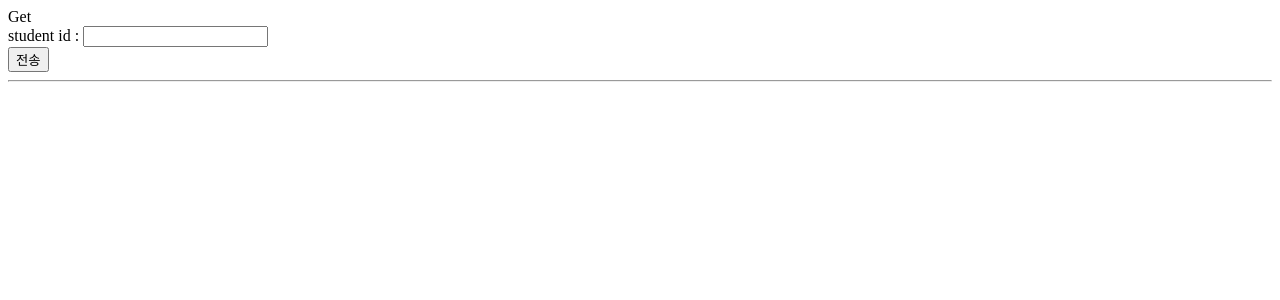
Repository: chanhooop/Spring
Page: http://localhost/Spring0501/index
The author's editor kept a copy of each file at every save. The page is drawn from the files as they stood at one save, then again after the next save.
The browser window is 1280 px wide. The pictures show the whole page.
The page is served by Tomcat 9. Other server files are loaded and not shown.

Above is the page before, as saved 2021-06-30 02:25:07.

### Spring0501/src/main/webapp/WEB-INF/views/index.jsp
<%@ page language="java" contentType="text/html; charset=EUC-KR"
    pageEncoding="EUC-KR"%>
<!DOCTYPE html>
<html>
<head>
<meta charset="EUC-KR">
<title>Insert title here</title>
</head>
<body>

	Get<br>
	<form action = "student" method="get">

		student id : <input type="text" name="id"><br>
		<input type="submit" value="전송">
	</form>

<hr>

</body>
</html>

After the next save:
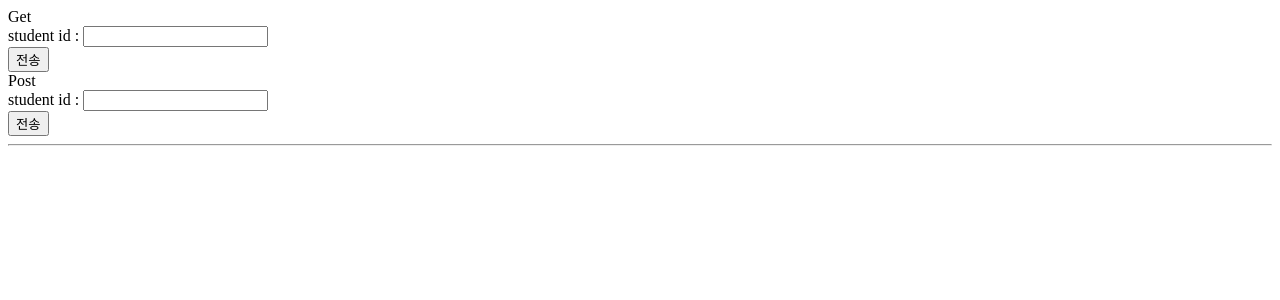
Saved 45 s later.
--- a/Spring0501/src/main/webapp/WEB-INF/views/index.jsp
+++ b/Spring0501/src/main/webapp/WEB-INF/views/index.jsp
@@ -15,6 +15,14 @@
 		<input type="submit" value="전송">
 	</form>
 
+	Post<br>
+	<form action = "student" method="post">
+
+		student id : <input type="text" name="id"><br>
+		<input type="submit" value="전송">
+	</form>
+
+
 <hr>
 
 </body>
